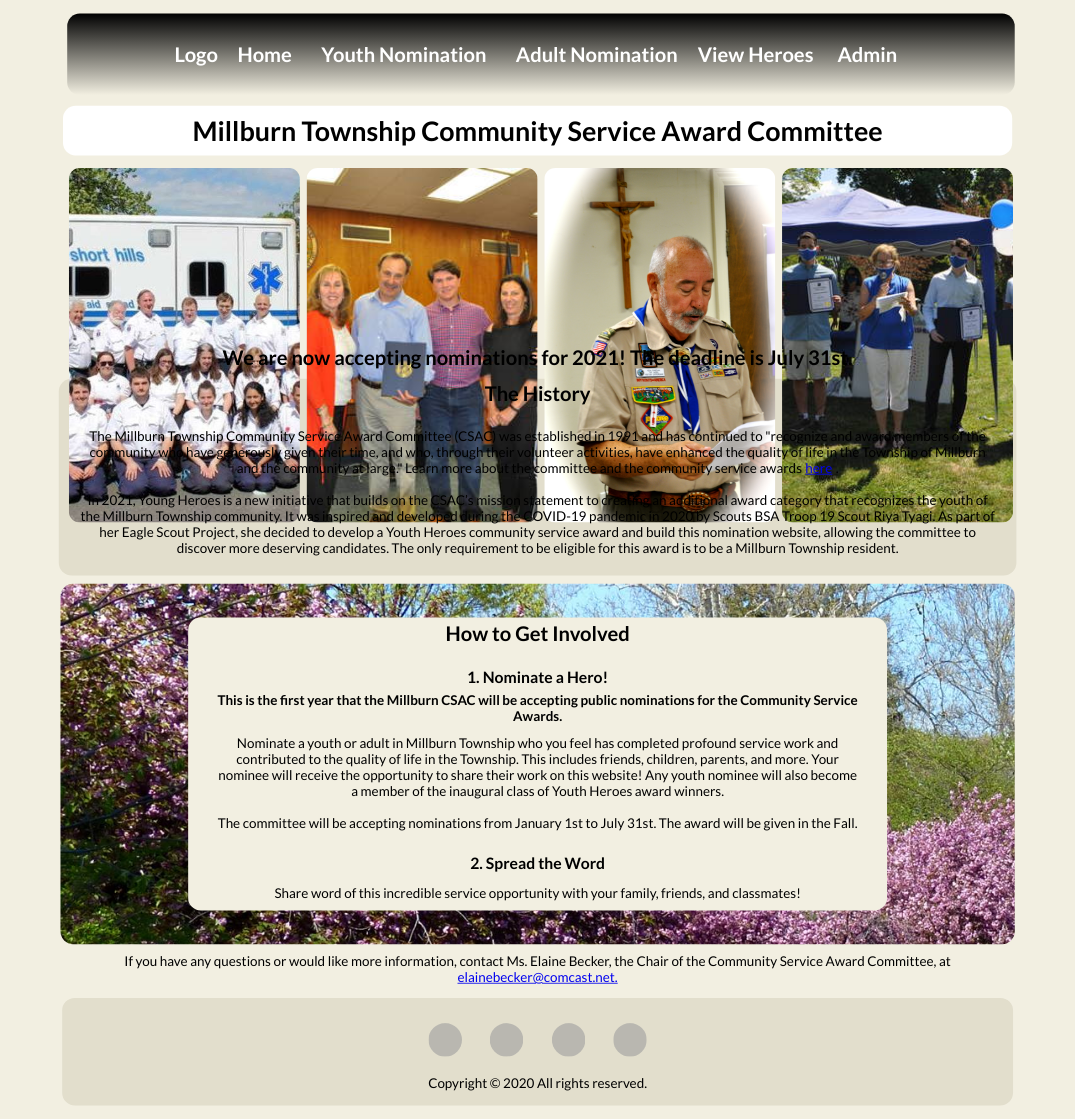
Repository: Centrattic/Young-Heroes-Website
Page: http://localhost/Frontend/home.php
These files come from the project's save history. The page is drawn as it stood at one moment and after the next save; the edit follows.
The browser window is 1280 px wide. The pictures show the whole page, at 84% of full size.
Pictures or frames that could not be fetched are drawn as grey boxes. The page is run by PHP 8.4 with error messages shown; the project is at /var/www/html/.

Above is the page before, as saved 2020-12-09 15:39:43.

### Eagle Project/Frontend/home.php
<?php
require '../Backend/functions.php';
require '../Backend/dbhconnect.php';
?>

<html>
  <head>
    <link href="https://fonts.googleapis.com/css2?family=Lato:ital,wght@0,400;0,700;1,300;1,400&display=swap" rel="stylesheet">
    <link href="../CSS/home.css" rel="stylesheet" type="text/css" />

    <link rel = "stylesheet" href = "../CSS/navbar.css">
  </head>

  <body>


  <?php
      navbar();
    ?>

    <!--<h4> This website is affiliated with the Millburn Township Community Service Award Committee. </h4> -->
    <!--Banner/Header : history of CSAC , Ok describe that on website ::: incorporate thios is new initative but builds on previous initiative, came up on time of COVID, instead of "THE IMPORTANCE OF RECOGNIING YOUTH VOLUNTEERS -->
    <!-- Delete Mission Statement - JUst describe CSAC Iniative  ======================= OUR HISTORY, with the onset of COVID -- do this....

    Community Service Award OverView and Now YOUNG HEROES

    ALL NEEDED IS TO BE A MILLBURN TOWNSHIP RESIDENTs-->

    <h1 id = "homepagetitle"> Millburn Township Community Service Award Committee </h1>

    <div id = "homepicgrid">
      <div>
        <img src = "../Images/itsquad.jpg">
      </div>
      <div>
        <img src = "../Images/millburncsac.jpg">
      </div>
      <div>
        <img src = "../Images/fineran.jpg">
      </div>
      <div>
        <img src = "../Images/millburnhome.jpg">
      </div>
    </div>




    <h2> We are now accepting nominations for 2021! The deadline is July 31st. </h2>

    <!--<div id = "hometextgrid">
      <div>
        <h2> The Importance of Recognizing Youth Volunteers </h2>
        <p>Today’s youth are taking charge of environmental and social reforms,
          and they deserve credit and appreciation where it’s due. Up to 55% of youth
          actively participate in service, be it through school or other organizations, but they
          have gone severely underrepresented of late. By commending their efforts, more youth will be
          inspired to volunteer their time towards the community and the nation as a whole. Youth Service
          America reminds us that adolescent brains in particular offer creative solutions to problems,
          unaffected and unaware to the nonanswers common of some, older brains. They provide fresh outlooks
          and ideas that would otherwise go unthought of. Youth service is mutually beneficial to both the
          community and the youth in question; it has also been shown to improve success in the workforce
          and academics in later life with early leadership foundations, as well as fostering positive
          development traits and cosmopolitan mindsets. Some youth lack the incentive -the drive- to
          go out and make a difference, which is why it is vital for them to have an outlet of support and recognition.  </p>
      </div>
      <div>
        <h2> Our Mission Statement </h2>
        <p> The mission of the Young Heroes is to recognize Millburn/Short Hills youth for their contributions,
          to promote community service and good citizenship, to positively impact the community, and to
          give hope and inspiration to others, especially during difficult times such as COVID-19.
          This will be accomplished through a nomination process, verification, parental approval, and
          a final posting to the Millburn Township Young Heroes webpage. The posts will summarize the Young hero’s work
           and qualify them for an annual award given to the two heroes (and runners-ups) who demonstrate the most profound
          service and dedication to the Township, specific cause, and/or the community as a whole.
        </p>
      </div>
    </div>

    and who, through their volunteer activities, have enhanced the quality of life in the Township of Millburn
        and the community at large.”

        who acknowledged the impact of the service work many youth had done to help alleviate
        the effects of the pandemic.

    -->

    <div id = "CSAChistory">
      <h2> The History </h2> <br>
      <p> The Millburn Township Community Service Award Committee (CSAC) was established in 1991 and has continued to "recognize and award members of the community who have
        generously given their time, and who, through their volunteer activities, have enhanced the quality of life in the Township of Millburn and the community at large."
        Learn more about the committee and the community service awards<a href = "https://twp.millburn.nj.us/188/Community-Service-Award-Committee">here</a>.
        <br> <br>In 2021, Young Heroes is a new initiative that builds on the CSAC’s mission statement to creating an additional award category that recognizes the youth of the Millburn Township community.
         It was inspired and developed during the COVID-19 pandemic in 2020 by Scouts BSA Troop 19 Scout Riya Tyagi. As part of her Eagle Scout Project, she decided to develop a Youth Heroes community service award and build this nomination website,
        allowing the committee to discover more deserving candidates. The only requirement to be eligible for this award is to be a Millburn Township resident.
      </p>
    </div>

    <div id = "getinvolved">
          <div id = "nominateahero">
            <h2> How to Get Involved</h2>
            <br>
              <h3> 1. Nominate a Hero!</h3>
              <h4> This is the first year that the Millburn CSAC will be accepting public nominations for the Community Service Awards.</h4>
                <p> Nominate a youth or adult in Millburn Township who you feel has completed profound service work and contributed to the quality of life in the Township.
                This includes friends, children, parents, and more. Your nominee will receive the opportunity to share their work on this website! Any youth nominee will also
                become a member of the inaugural class of Youth Heroes award winners. <br><br>
                The committee will be accepting nominations from January 1st to July 31st. The award will be given in the Fall.<p>
               <h3>  2. Spread the Word </h3> <p>Share word of this incredible service opportunity with your family, friends, and classmates!</p>
               <!--<h3> 3. <a href = "https://forms.gle/pbJxUtVEzWF9bCSh6"> Volunteer </a></h3>  <p> Millburn Township Young Heroes is an Eagle Scout Project by Riya Tyagi of Troop 19. Volunteer to help her out! </p> -->
               <!-- <h3> 4.<a href = "https://gf.me/u/y3cpyf">Donate</a> </h3> <p> Donate to recognize heroes and their causes. We are very grateful for all donations. All money received will be used to purchase bronze
                  plaques to recognize winners of the awards and to handle the costs of advertising and creating a website. Any extra funds will be donated to the CSAC for future use.</li>
                </p>  -- Put this in explanation of Project --- part of narrative, footer  NICE -->
            </div>
    </div>

      <!--<div id = "impact">
        <h2> Our Impact</h2>
        <h3> ____ Youth Heroes Recognized </h3>
        <h3> ____ Adult Heroes Recognized </h3>
        <h3> ____ Awards Given</h3>
      </div>-->

    <h4 style = "width: 80%; margin: 0 auto;"> </h4>

    <p> If you have any questions or would like more information, contact Ms. Elaine Becker, the Chair of the Community Service Award Committee, at <a href = "mailto:elainebecker@comcast.net"> elainebecker@comcast.net.</a></p>

    <div id = "socialmedia">
        <footer id="colophon" class="site-footer" role="contentinfo">
      <div class="social-wrapper">
        <ul>
          <li>
            <a href="#" target="_blank">
              <img src="https://cdn1.iconfinder.com/data/icons/logotypes/32/twitter-128.png" alt="Twitter Logo" class="twitter-icon"></a>
          </li>
          <li>
            <a href="#" target="_blank">
              <img src="https://www.mchenryvillage.com/images/instagram-icon.png" alt="Instagram Logo" class="instagram-icon"></a>
          </li>
          <li>
            <a href="#" target="_blank">
              <img src="https://content.linkedin.com/content/dam/me/business/en-us/amp/brand-site/v2/bg/LI-Bug.svg.original.svg" alt="Linkedin Logo" class="linkedin-icon"></a>
          </li>
          <li>
            <a href="#" target="_blank">
              <img src="http://www.iconarchive.com/download/i54037/danleech/simple/facebook.ico" alt="Facebook Logo" class="facebook-icon"></a>
          </li>

        </ul>
      </div>

      <nav class="footer-nav" role="navigation">
        <p>Copyright &copy;
          <?php echo date("Y"); ?> All rights reserved.</p>
      </nav>
    </footer>
    <!-- #colophon -->
    </div>





</body>
</html>

### Eagle Project/Backend/dbhconnect.php
<?php
  $servername = "localhost";
  $dbUsername = "root";
  $dbPassword = "";
  $dbName = "young_heroes";

  //connecting to database
  $connection = new mysqli($servername, $dbUsername, $dbPassword, $dbName);

  //error message if connection fails
  if(!$connection){
    die("Connection failed: ".mysqli_connect_error());
  }
?>

### Eagle Project/CSS/home.css
* {
    text-align: center;
    padding: 2px;
    margin: 2px;
    font-family: 'Lato', sans-serif;
    border-radius: 15px;

}

body {
    background-color: #F2EFE1;

}

#homepicgrid {
    display: grid;
    width: auto;
    height: 30%;

    grid-template-columns: auto auto auto auto;
    grid-template-rows: auto;
}

#homepicgrid img {
    height: 100%;
    object-fit: cover;
    width: 100%;
}


#homepagetitle {
    font-size: 2em;
    width: auto;
    background-color: white;
    padding: 10px;
    margin: 5px;
}



#hometextgrid {
    display: grid;
    width: auto;
    margin: 0 auto;
    grid-template-columns: auto auto auto;
    grid-template-rows: auto auto;
}

#hometextgrid div {
    background-color: #E2DECC;
    padding: 20px;
}


#CSAChistory {
    background-color: #E2DECC;
    padding: 20px;
    padding-top: 0;
    margin: 10px 0;
}
#impact {
    background-color: white;
    width: 35%;
    margin: 2% auto;
    border: 10px solid transparent;
    border-image: url("../Images/borderhome.jpg") 30 round !important;
}

#impact h3 {
    margin: 15%;
}


#getinvolved {
    background-image: url("../Images/millburnblossoms.jpg");
    height: 60%;
    display: flex;
    align-items: center;
    justify-content: center;
}

#nominateahero {
    width: 70%;
    padding: 0 20px;
    background-color:  #F2EFE1;
}

#getinvolved p {
    margin: 10px;
}

button {
    font-size: 1em;
}



.site-footer {
    background-color: #E2DECC;
      text-align: center;
      margin: 10px 0;
      padding: 10px 0;
  }

  #social-wrapper {
      text-align: center;
  }

  /*Social Media Icons*/
  .social-wrapper {
      text-align: center;
  }

  .social-wrapper ul li {
      display: inline;
      margin: 0 5px;
  }

  .twitter-icon,
  .facebook-icon,
  .instagram-icon,
  .linkedin-icon,
  .googleplus-icon,
  .youtube-icon,
  .foursquare-icon{
      margin-top: .625em;
      width: 40px;
      height: 40px;
      opacity: .6;
      filter: alpha(opacity=60); /* For IE8 and earlier */
    border-radius: 25px;
  }

  .twitter-icon:hover,
  .facebook-icon:hover,
  .instagram-icon:hover,
  .linkedin-icon:hover,
  .googleplus-icon:hover,
  .youtube-icon:hover,
  .foursquare-icon:hover {
      opacity: 1.0;
      filter: alpha(opacity=100); /* For IE8 and earlier */
  }

  .footer-nav p {
      text-align: center;
  }

### Eagle Project/CSS/navbar.css
* {
    text-align: center;
    font-family: 'Lato', sans-serif;
}

body {
    background-color: #F2EFE1;
}


.menu-area li{
    display: inline;
    color: white;
    font-weight: bold;
    font-size: 1.5em;
    padding-bottom: 10px;
}

.menu-area .non-dropdown a{
    display: inline-block;
    padding: 30px 10px;
    text-decoration: none;
    color: white;
    box-sizing: border-box;

}

.menu-area .nav-dropdown .dropdown-content li a{
    display: inline-block;
    text-align: center;
    padding: 14px 16px;
    text-decoration: none;
}

.menu-area {
    width: 100%;
    background-image: linear-gradient(black, #F2EFE1);
    overflow: hidden;
    border-radius: 15px;
}

.menu-area .non-dropdown:hover{
    border-radius: 0px;
    border-bottom: 10px solid aliceblue;

}

.menu-area li a {
    box-sizing: border-box;
}

.nav-dropbtn {
    text-decoration: none;
    color: white;
}

/*FIX THIS LATER*/


#logout {
    all: unset;
}

body {
    margin: 0 5%;
}

/* ------------------*/



li.nav-dropdown {
    display: inline-block;
}

.dropdown-content {
    display: none;
    position: absolute;
    background-color: #f9f9f9;
    min-width: 150px;
    box-shadow: 0px 8px 16px 0px rgba(0,0,0,0.2);
    z-index: 1;

}

.dropdown-content a {
    color: black;
    padding: 12px 16px;
    text-decoration: none;
    display: block;
    font-size: .9em;
    text-align: left;
}


.dropdown-content a:hover {
    background-color: #f1f1f1;
}


.nav-dropdown:hover .dropdown-content {
    display: block;
    border-radius: 0px;
}

Loaded but not shown: Eagle Project/Backend/functions.php (995 lines, source omitted)

After the next save:
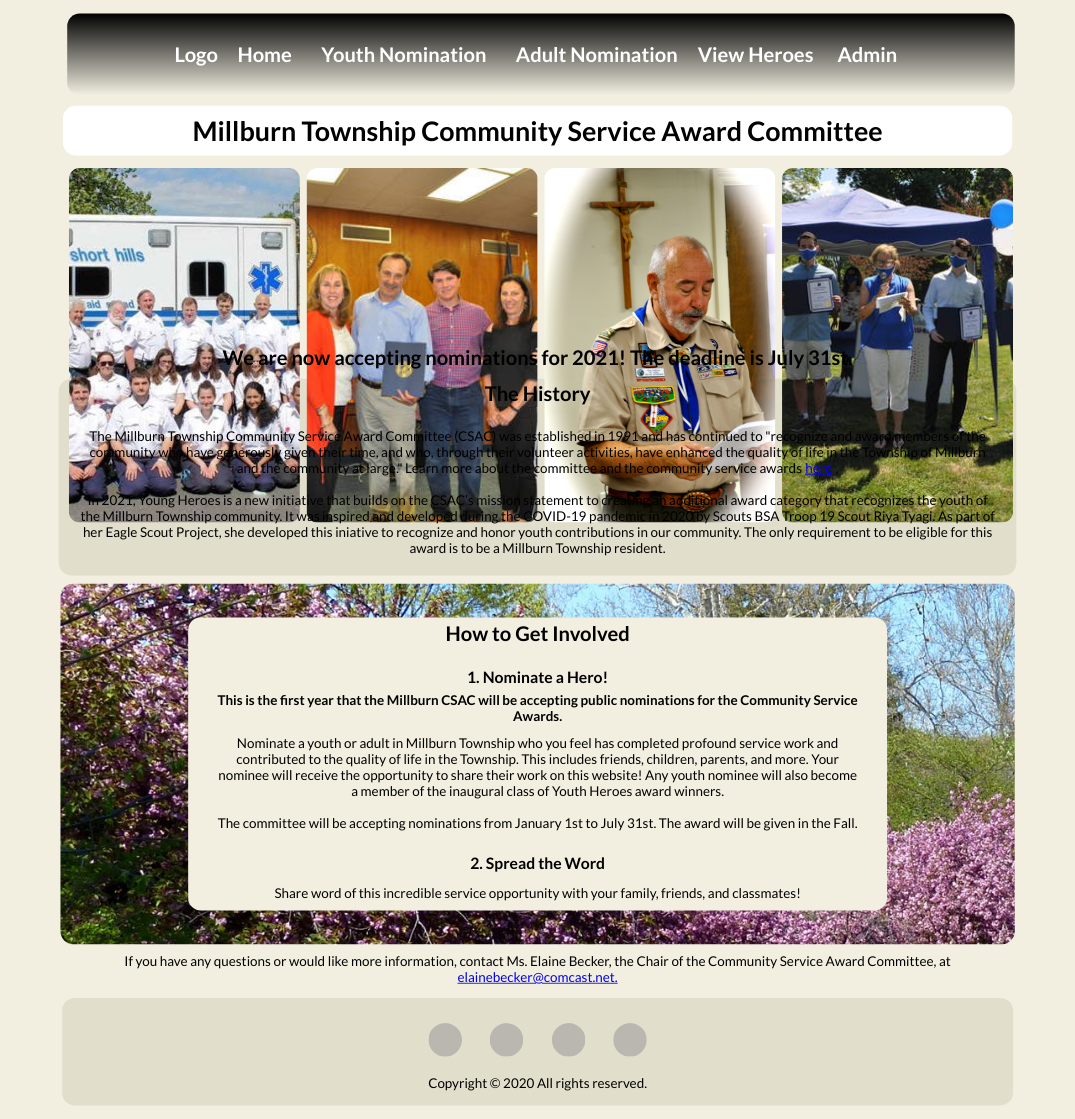
Saved 31 s later.
--- a/Eagle Project/Frontend/home.php
+++ b/Eagle Project/Frontend/home.php
@@ -91,8 +91,8 @@ require '../Backend/dbhconnect.php';
         generously given their time, and who, through their volunteer activities, have enhanced the quality of life in the Township of Millburn and the community at large."
         Learn more about the committee and the community service awards<a href = "https://twp.millburn.nj.us/188/Community-Service-Award-Committee">here</a>.
         <br> <br>In 2021, Young Heroes is a new initiative that builds on the CSAC’s mission statement to creating an additional award category that recognizes the youth of the Millburn Township community.
-         It was inspired and developed during the COVID-19 pandemic in 2020 by Scouts BSA Troop 19 Scout Riya Tyagi. As part of her Eagle Scout Project, she decided to develop a Youth Heroes community service award and build this nomination website,
-        allowing the committee to discover more deserving candidates. The only requirement to be eligible for this award is to be a Millburn Township resident.
+         It was inspired and developed during the COVID-19 pandemic in 2020 by Scouts BSA Troop 19 Scout Riya Tyagi. As part of her Eagle Scout Project, she developed this iniative to recognize and honor
+         youth contributions in our community.  The only requirement to be eligible for this award is to be a Millburn Township resident.
       </p>
     </div>
 
